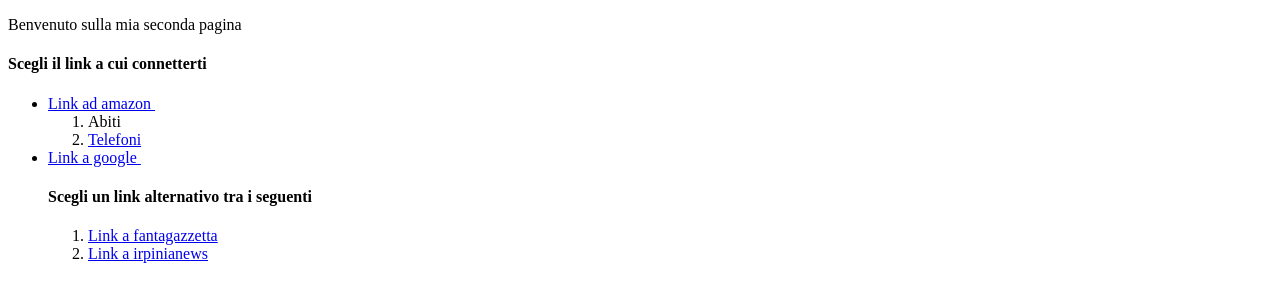
Repository: AndreaGuastaferro/Repository_Andrea_Guastaferro_Front
Page: cartella_html/NUOVO_HTML/Secondo_File.html
These files come from the project's save history. The page is drawn as it stood at one moment and after the next save; the edit follows.
The browser window is 1280 px wide. The pictures show the whole page.

Above is the page before, as saved 2018-10-22 09:00:08.

### cartella_html/NUOVO_HTML/Secondo_File.html
<!DOCTYPE html>
<html>
<head>
<meta charset="ISO-8859-1">
<title>Insert title here</title>
</head>
<body>
	<p> Benvenuto sulla mia seconda pagina </p>
	<h4>Scegli il link a cui connetterti</h4>
		<ul>

			<li><a href= "https://www.amazon.it"> Link ad amazon <img src=""> </a> </li>
				<ol>
					<li><a href= " https://www.amazon.it/b/ref=nav__fashion_man?ie=UTF8&node=5515769031"></a>Abiti</li>
					<li><a href= " https://www.amazon.it/telefonia-mobile/b/ref=sd_allcat_tele?ie=UTF8&node=435507031"></</a>Telefoni</li>
				</ol>
			<li><a href="https://www.google.it"> Link a google <img src=""></a> </li>

				<h4>Scegli un link alternativo tra i seguenti</h4>

			<ol>
				<li> <a href="https://www.fantagazzetta.com"> Link a fantagazzetta </a></li>

				<li> <a href="http://www.irpinianews.it"> Link a irpinianews </a></li>

			</ol>

		</ul>



</body>
</html>

After the next save:
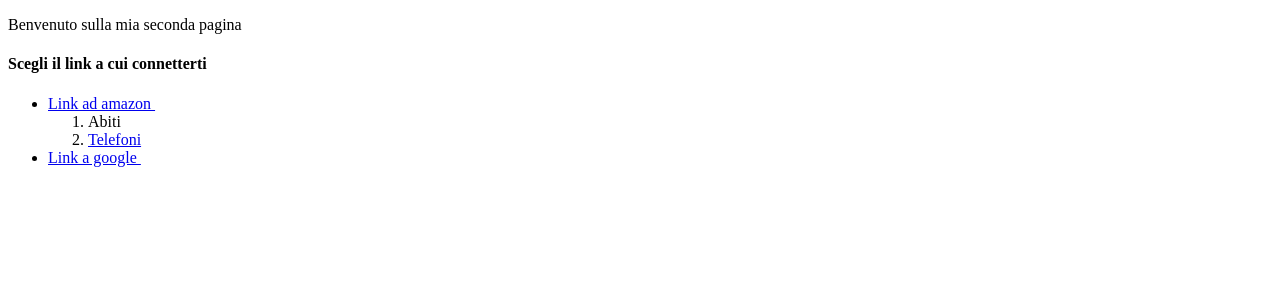
Saved 2 min 37 s later.
--- a/cartella_html/NUOVO_HTML/Secondo_File.html
+++ b/cartella_html/NUOVO_HTML/Secondo_File.html
@@ -16,7 +16,13 @@
 				</ol>
 			<li><a href="https://www.google.it"> Link a google <img src=""></a> </li>
 
-				<h4>Scegli un link alternativo tra i seguenti</h4>
+
+
+
+
+
+
+<!--  			<h4>Scegli un link alternativo tra i seguenti</h4>
 
 			<ol>
 				<li> <a href="https://www.fantagazzetta.com"> Link a fantagazzetta </a></li>
@@ -25,7 +31,7 @@
 
 			</ol>
 
-		</ul>
+		</ul> -->
 
 
 
